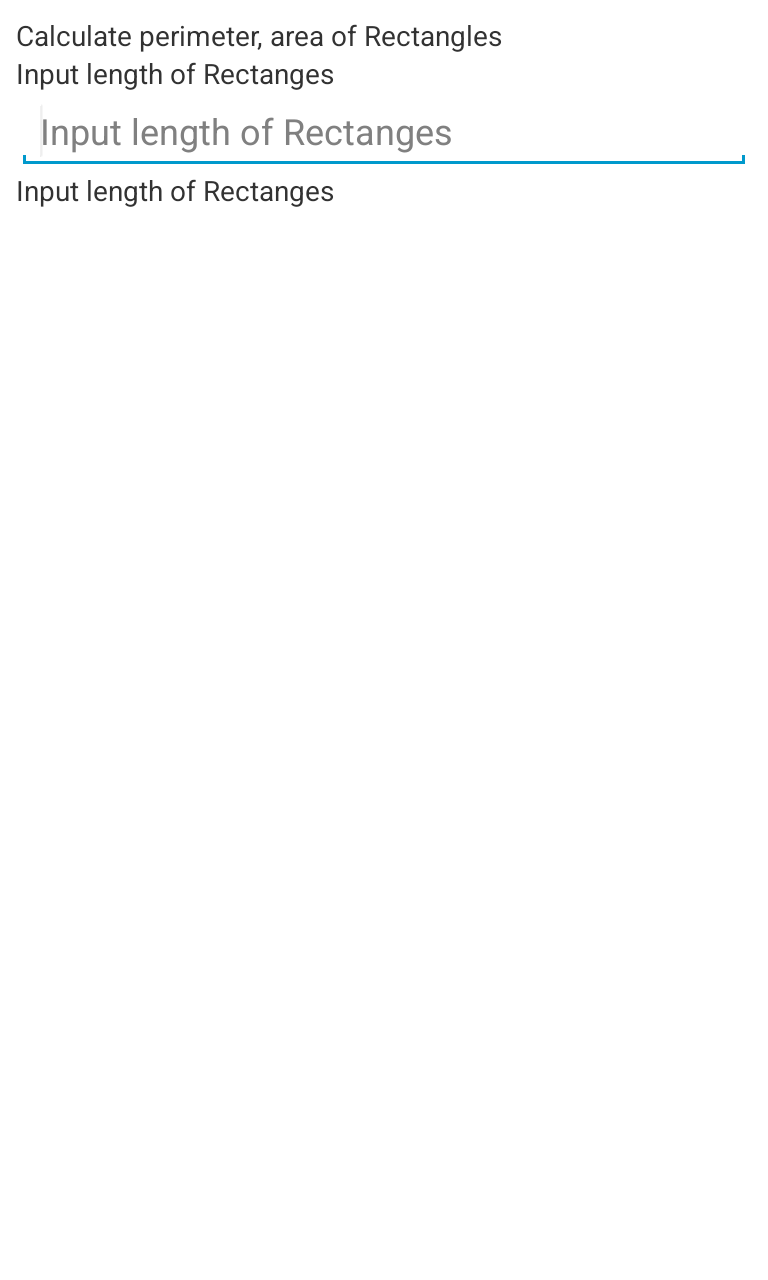
Repository: LightWay152/Lesson1_Variable_Type_Operations
Layout: Perimeter_Area_Rectangles_Circles/res/layout/activity_main.xml
These files come from the project's save history. The layout is drawn as it stood at one moment and after the next save; the edit follows.
It is drawn on a 768 x 1280 px phone screen (xhdpi) without system bars, with theme AppTheme; the app's code is not run.

Above is the layout before, as saved 2017-01-01 08:42:42.

### Perimeter_Area_Rectangles_Circles/res/layout/activity_main.xml
	<LinearLayout xmlns:android="http://schemas.android.com/apk/res/android"
    xmlns:tools="http://schemas.android.com/tools"
    android:layout_width="match_parent"
    android:layout_height="match_parent"
    android:orientation="vertical"
    android:padding="8dp"
    tools:context="${relativePackage}.${activityClass}" >

    <TextView
        android:layout_width="match_parent"
        android:layout_height="wrap_content"
        android:text="@string/calculate_perimeter_area_rectangles"/>
    <TextView
        android:layout_width="match_parent"
        android:layout_height="wrap_content"
        android:text="@string/input_length"/>
	<EditText
        android:id="@+id/EditText1"
        android:layout_width="match_parent"
        android:layout_height="wrap_content"
        android:hint="@string/input_length"
        android:ems="10" >
        <requestFocus />
    </EditText>
    <TextView
        android:layout_width="match_parent"
        android:layout_height="wrap_content"
        android:text="@string/input_length"/>

</LinearLayout>

### Perimeter_Area_Rectangles_Circles/res/values/strings.xml
<?xml version="1.0" encoding="utf-8"?>
<resources>

    <string name="app_name">Rectangles_Circles</string>
    <string name="hello_world">Hello world!</string>
    <string name="calculate_perimeter_area_rectangles">Calculate perimeter, area of Rectangles</string>
    <string name="input_length">Input length of Rectanges</string>
    <string name="input_width">Input width of Rectangles</string>


</resources>

Loaded but not shown: Perimeter_Area_Rectangles_Circles/res/values/styles.xml (common file); Perimeter_Area_Rectangles_Circles/res/values-v11/styles.xml (common file); Perimeter_Area_Rectangles_Circles/res/values-v14/styles.xml (common file)

After the next save:
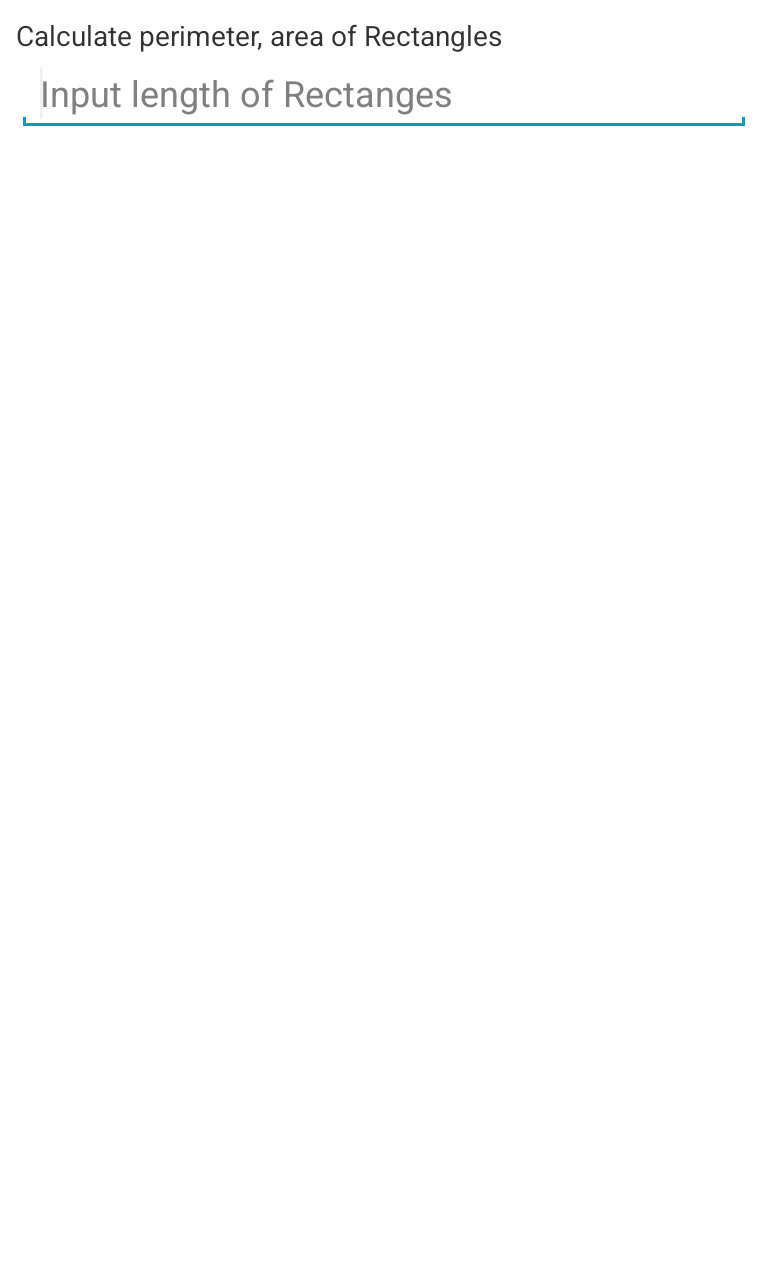
Saved 31 s later.
--- a/Perimeter_Area_Rectangles_Circles/res/layout/activity_main.xml
+++ b/Perimeter_Area_Rectangles_Circles/res/layout/activity_main.xml
@@ -1,4 +1,4 @@
-	<LinearLayout xmlns:android="http://schemas.android.com/apk/res/android"
+<LinearLayout xmlns:android="http://schemas.android.com/apk/res/android"
     xmlns:tools="http://schemas.android.com/tools"
     android:layout_width="match_parent"
     android:layout_height="match_parent"
@@ -10,10 +10,6 @@
         android:layout_width="match_parent"
         android:layout_height="wrap_content"
         android:text="@string/calculate_perimeter_area_rectangles"/>
-    <TextView
-        android:layout_width="match_parent"
-        android:layout_height="wrap_content"
-        android:text="@string/input_length"/>
 	<EditText
         android:id="@+id/EditText1"
         android:layout_width="match_parent"
@@ -22,9 +18,5 @@
         android:ems="10" >
         <requestFocus />
     </EditText>
-    <TextView
-        android:layout_width="match_parent"
-        android:layout_height="wrap_content"
-        android:text="@string/input_length"/>
 
 </LinearLayout>
